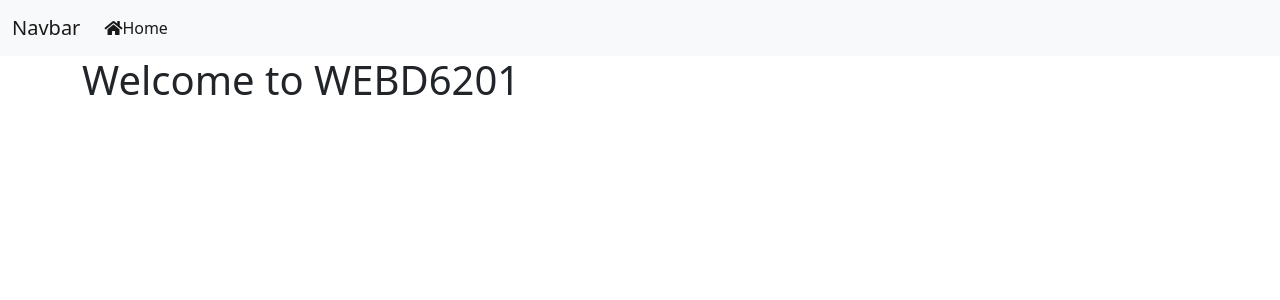
Repository: deividwsantoss/webd6201-W2021-ICE1
Page: Index.html
The author's editor kept a copy of each file at every save. The page is drawn from the files as they stood at one save, then again after the next save.
The browser window is 1280 px wide. The pictures show the whole page.

Above is the page before, as saved 2021-02-02 10:06:05.

### Index.html
<!DOCTYPE html>
<html lang="en">
<head>
    <meta charset="UTF-8">
    <meta name="viewport" content="width=device-width, initial-scale=1.0">
    <title>WEBD6201 - W2021 - ICE 1</title>
</head>
<!-- CSS SECTION -->
<link rel="stylesheet" href="./node_modules/bootstrap/dist/css/bootstrap.min.css">
<link rel="stylesheet" href="./node_modules/@fortawesome/fontawesome-free/css/all.min.css">
<link rel="stylesheet" href="./Content/app.css">

<body>
    <header>
        <nav class="navbar navbar-expand-lg navbar-light bg-light">
            <div class="container-fluid">
              <a class="navbar-brand" href="#">Navbar</a>
              <button class="navbar-toggler" type="button" data-bs-toggle="collapse" data-bs-target="#navbarSupportedContent" aria-controls="navbarSupportedContent" aria-expanded="false" aria-label="Toggle navigation">
                <span class="navbar-toggler-icon"></span>
              </button>
              <div class="collapse navbar-collapse" id="navbarSupportedContent">
                <ul class="navbar-nav me-auto mb-2 mb-lg-0">
                  <li class="nav-item">
                    <a class="nav-link active" aria-current="page" href="#"><i class="fas fa-home"></i>Home</a>
                  </li>

                </ul>

              </div>
            </div>
          </nav>
    </header>
    <main class="container">

        <h1>Welcome to WEBD6201 </h1>
    </main>

    <footer>

    </footer>
    <!-- Script Section-->
    <script src="./node_modules/jquery/dist/jquery.min.js"></script>
    <script src="./node_modules/bootstrap/dist/js/bootstrap.bundle.min.js"></script>
    <script src="./Scripts/app.js"></script>
</body>
</html>

### Scripts/app.js
/* Custom JavaScript goes here */


// IIFE -
//AKA - Anonymous self-excuting function

(function()
{


    function Start()
    {
        console.log("App Started...")

    }
    window.addEventListener("load", Start);
})();

Loaded but not shown: node_modules/bootstrap/dist/css/bootstrap.min.css (library); node_modules/@fortawesome/fontawesome-free/css/all.min.css (library); node_modules/jquery/dist/jquery.min.js (library); node_modules/bootstrap/dist/js/bootstrap.bundle.min.js (library); Content/app.css (no stored copy; drawn as an empty file)

After the next save:
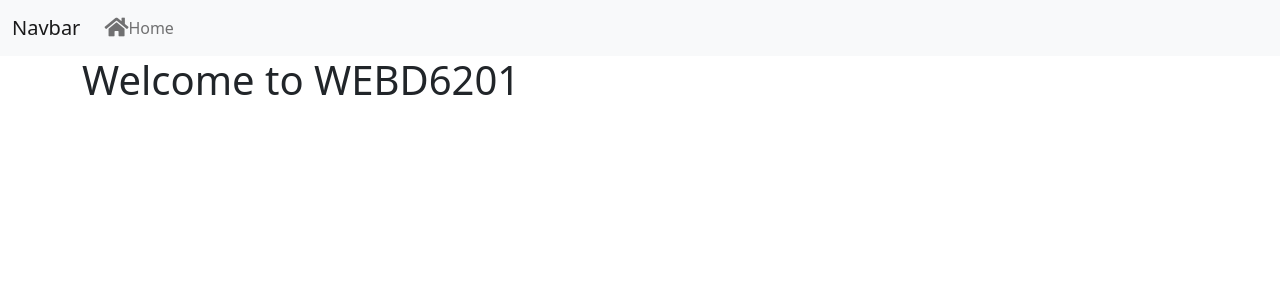
Saved 52 s later.
--- a/Index.html
+++ b/Index.html
@@ -21,7 +21,7 @@
               <div class="collapse navbar-collapse" id="navbarSupportedContent">
                 <ul class="navbar-nav me-auto mb-2 mb-lg-0">
                   <li class="nav-item">
-                    <a class="nav-link active" aria-current="page" href="#"><i class="fas fa-home"></i>Home</a>
+                    <a class="nav-link" aria-current="page" href="#"><i class="fas fa-home fa-lg"></i>Home</a>
                   </li>
 
                 </ul>
